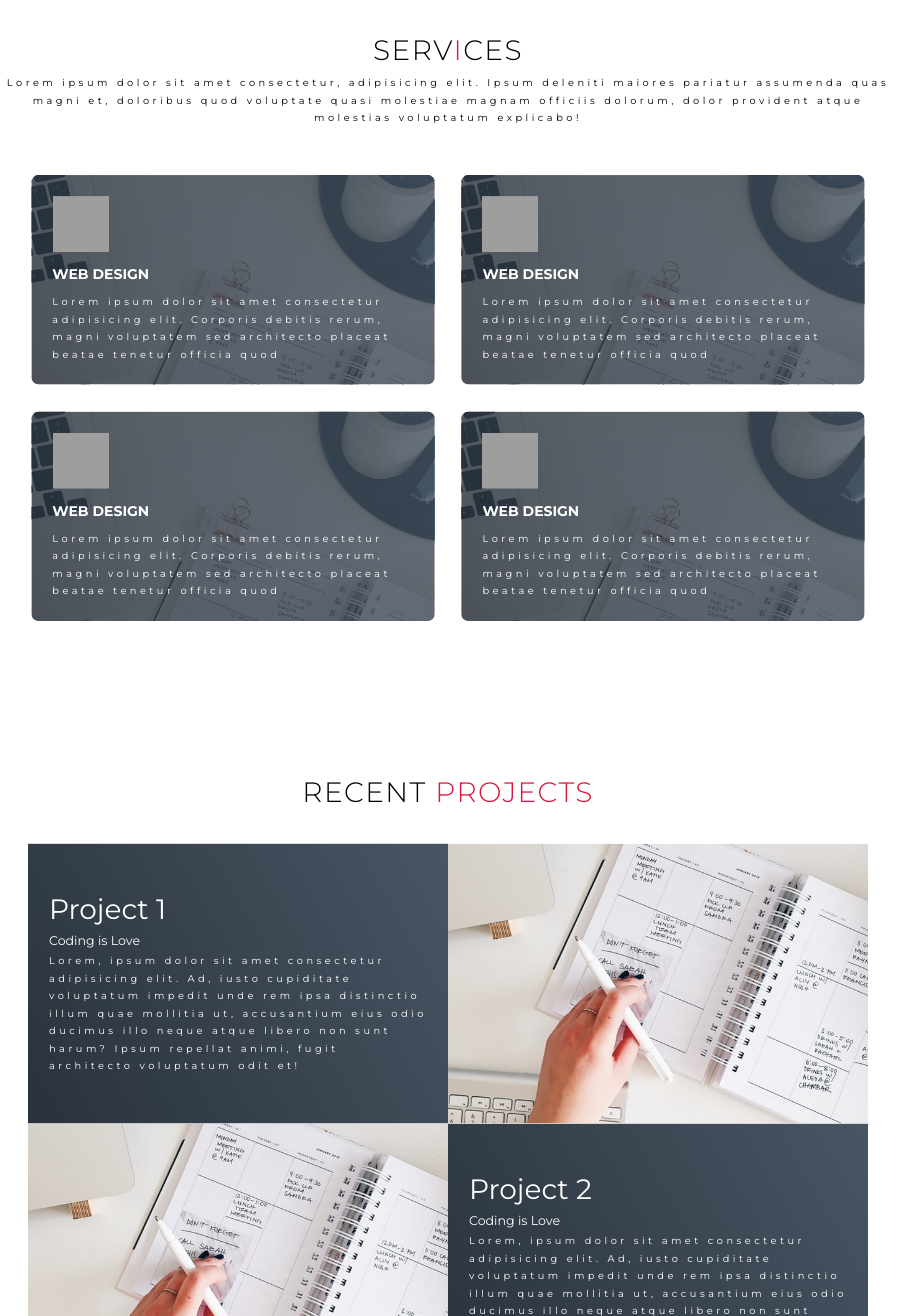
Repository: randysteele/my-portfolio-2023
Page: index.html
The author's editor kept a copy of each file at every save. The page is drawn from the files as they stood at one save, then again after the next save.
The browser window is 1280 px wide. The page is 1311 px wide, so the pictures cover 1311 px, including what lies to the right of the window. The pictures show the part of the page from y = 773 to 2653 px (the page is 5780 px tall before and 5592 px after), at 70% of full size.
Pictures or frames that could not be fetched are drawn as grey boxes.

Above is the page before, as saved 2023-04-23 20:19:09.

After the next save:
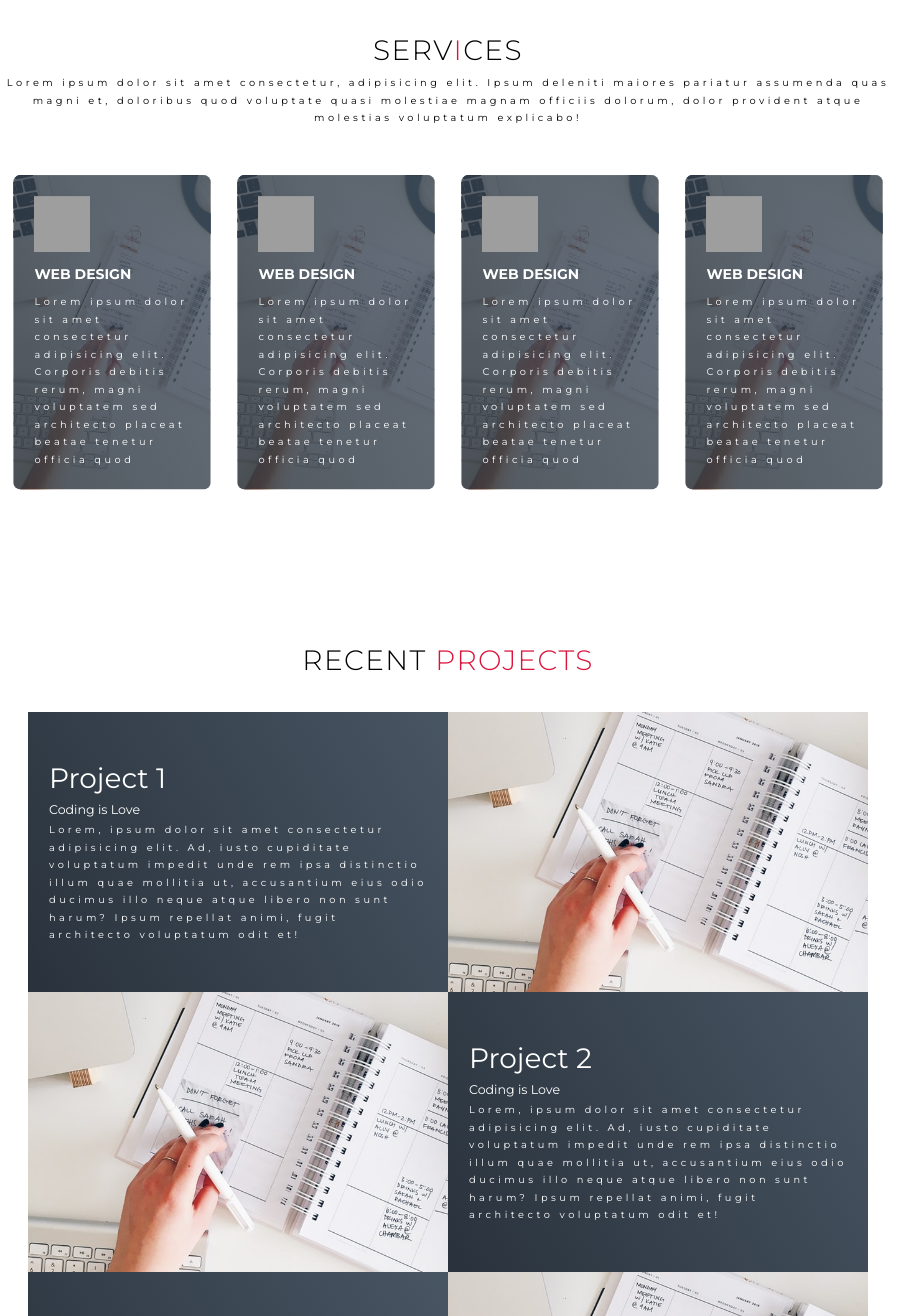
Saved 6 min 58 s later.
--- a/style.css
+++ b/style.css
@@ -588,7 +588,10 @@
 
 /* Media Query for Desktop */
 
-
+#services .service-bottom .service-item{
+    flex-basis: 22%;
+    margin: 1.5%;
+}
 
 
 

After the save that followed:
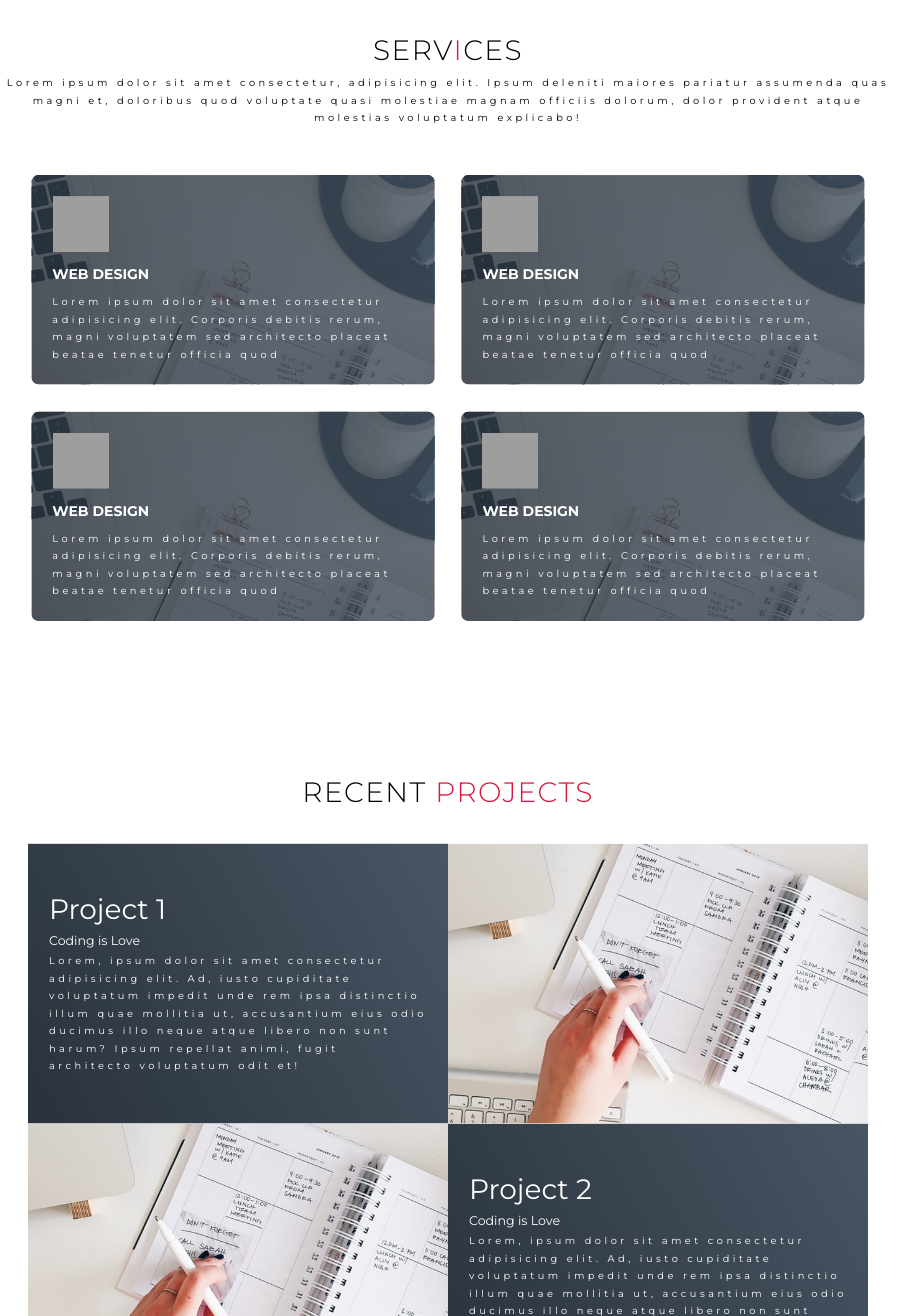
Saved 32 s later.
--- a/style.css
+++ b/style.css
@@ -587,11 +587,12 @@
 /* End Media Query For Tablet */
 
 /* Media Query for Desktop */
-
+@media only screen and(min-width: 1200px){
 #services .service-bottom .service-item{
     flex-basis: 22%;
     margin: 1.5%;
 }
+}
 
 
 
